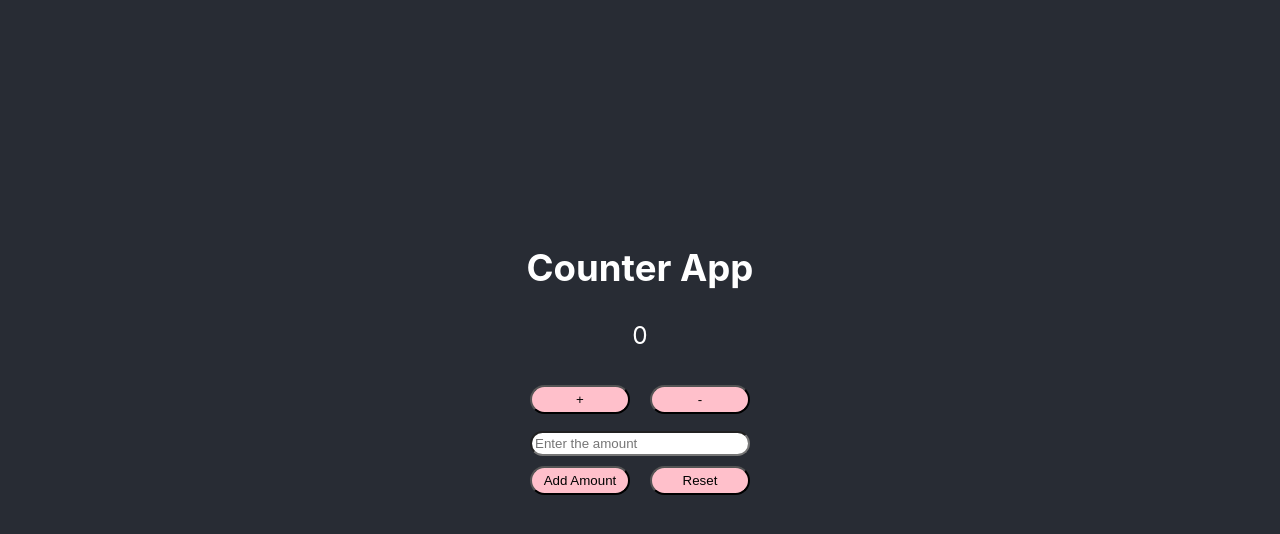
Repository: mahsa199170/React-Redux-Projects
Page: / (app in counter-app-redux-toolkit/)
The author's editor kept a copy of each file at every save. The page is drawn from the files as they stood at one save, then again after a run of saves.
The browser window is 1280 px wide. The pictures show the whole page.
The project was rebuilt for these pictures with package versions that can differ from the ones it lists, and the page was loaded fresh each time.

Above is the page before, as saved 2024-10-28 15:24:47.

After the next 3 saves:
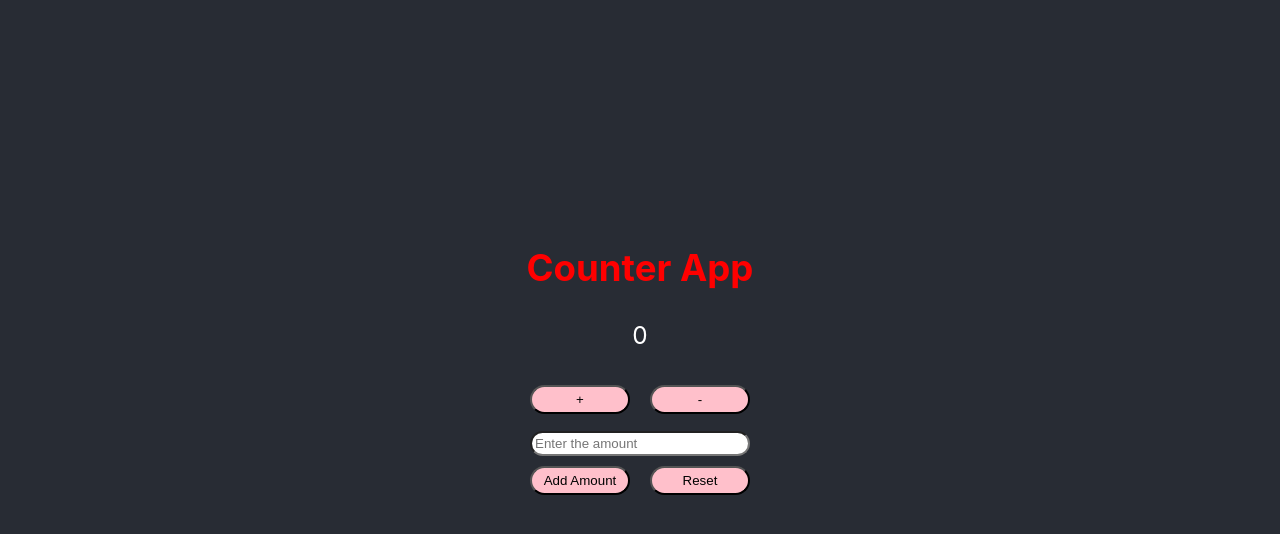
The 3 saves are shown as one change because 2 did not build or start.
The last was saved 79 s later.
--- a/counter-app-redux-toolkit/src/components/counter/Counter.js
+++ b/counter-app-redux-toolkit/src/components/counter/Counter.js
@@ -34,7 +34,7 @@ const Counter = () => {
 
   return (
     <section>
-      <h1>Counter App</h1>
+      <h1 style={{ color: 'red' }}>Counter App</h1>
       <p>{number}</p>
       <div>
         <button className="btn" onClick={handleIncrement}>
